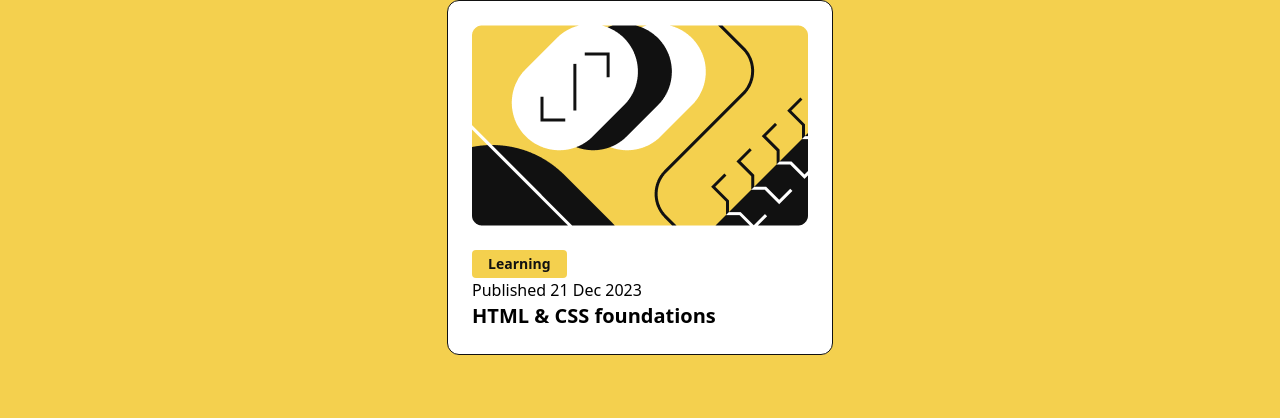
Repository: orcunelektirikci/fe-mentor-blogprev
Page: index.html
An editor plug-in stored every save of this project. The page is shown before and after the next save, followed by the edit.
The browser window is 1280 px wide. The pictures show the whole page.
Some web libraries are served in a nearby version.

Above is the page before, as saved 2024-04-12 16:53:22.

After the next save:
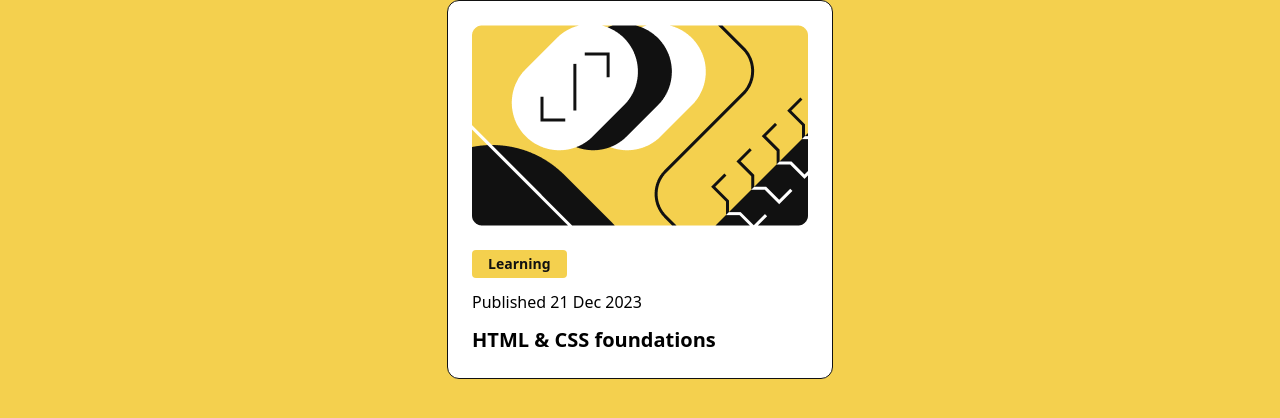
Saved 6 s later.
--- a/index.html
+++ b/index.html
@@ -12,7 +12,7 @@
 
     <div class="bg-white border-[1px] rounded-xl border-black p-6 flex flex-col space-y-6">
         <img src="assets/img/blogimage.png" alt="">
-        <div>
+        <div class="space-y-3">
             <button class="bg-yellow rounded font-semibold text-black text-sm py-1 px-4 max-w-min" type="button">Learning</button>
         <p class="text-md">Published 21 Dec 2023</p>
         <h2 class="font-bold text-xl">HTML & CSS foundations</h2>
